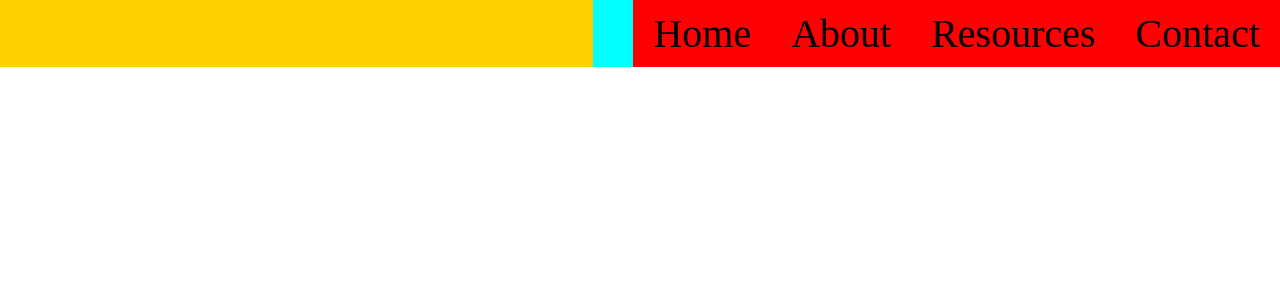
Repository: rdass1/COM421-FinalProject
Page: Website/index.html
These files come from the project's save history. The page is drawn as it stood at one moment and after the next save; the edit follows.
The browser window is 1280 px wide. The pictures show the whole page.

Above is the page before, as saved 2021-05-11 22:47:36.

After the next save:
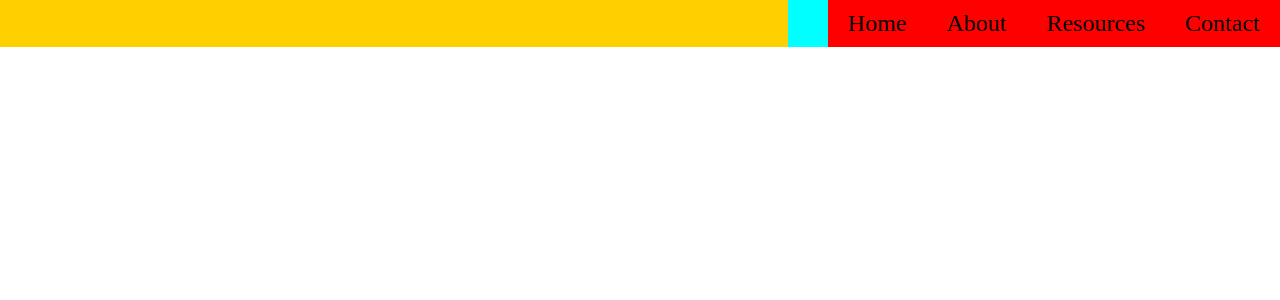
Saved 13 s later.
--- a/Website/css/index.css
+++ b/Website/css/index.css
@@ -29,7 +29,7 @@ header{
 #navbar li{
     margin: 0px;
     padding: 10px 20px 10px 20px;
-    font-size: 2.5rem;
+    font-size: 1.5rem;
     background-color:red;
     float:left;
 }
